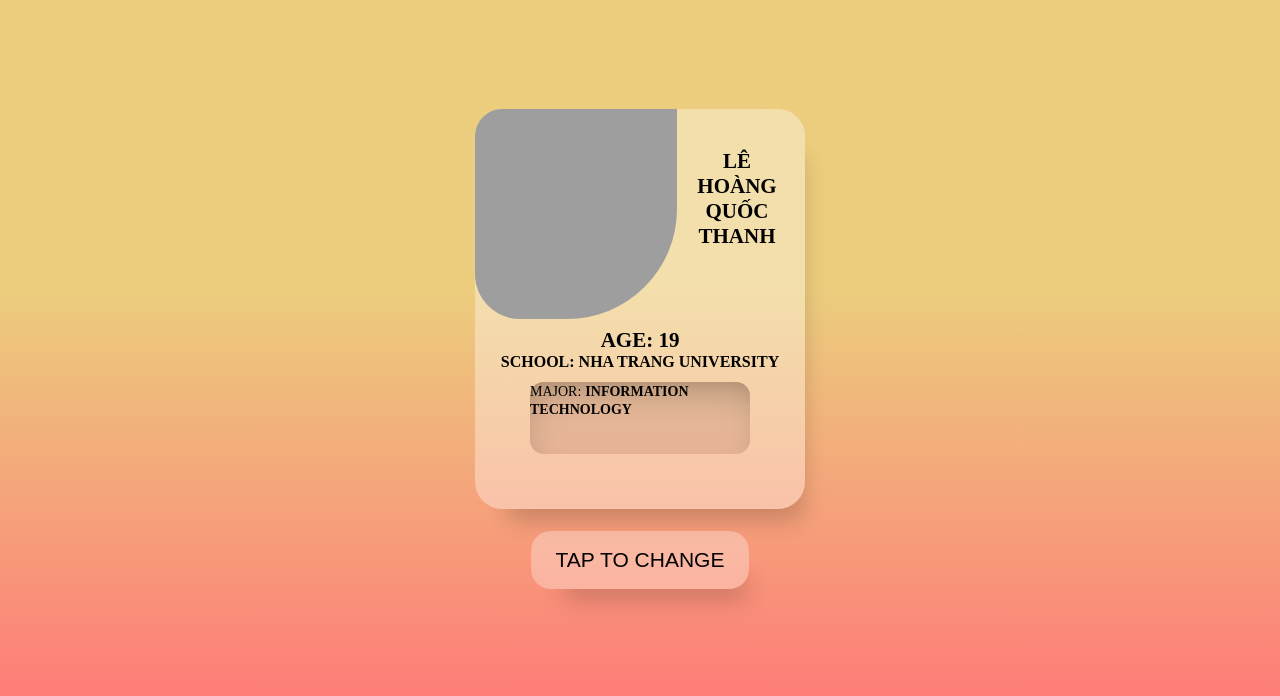
Repository: ThanhThn/profile
Page: index.html
The author's editor kept a copy of each file at every save. The page is drawn from the files as they stood at one save, then again after the next save.
The browser window is 1280 px wide. The pictures show the whole page.
Pictures or frames that could not be fetched are drawn as grey boxes. Some web fonts or font styles are not loaded; a fallback is used.

Above is the page before, as saved 2022-12-05 20:25:43.

After the next save:
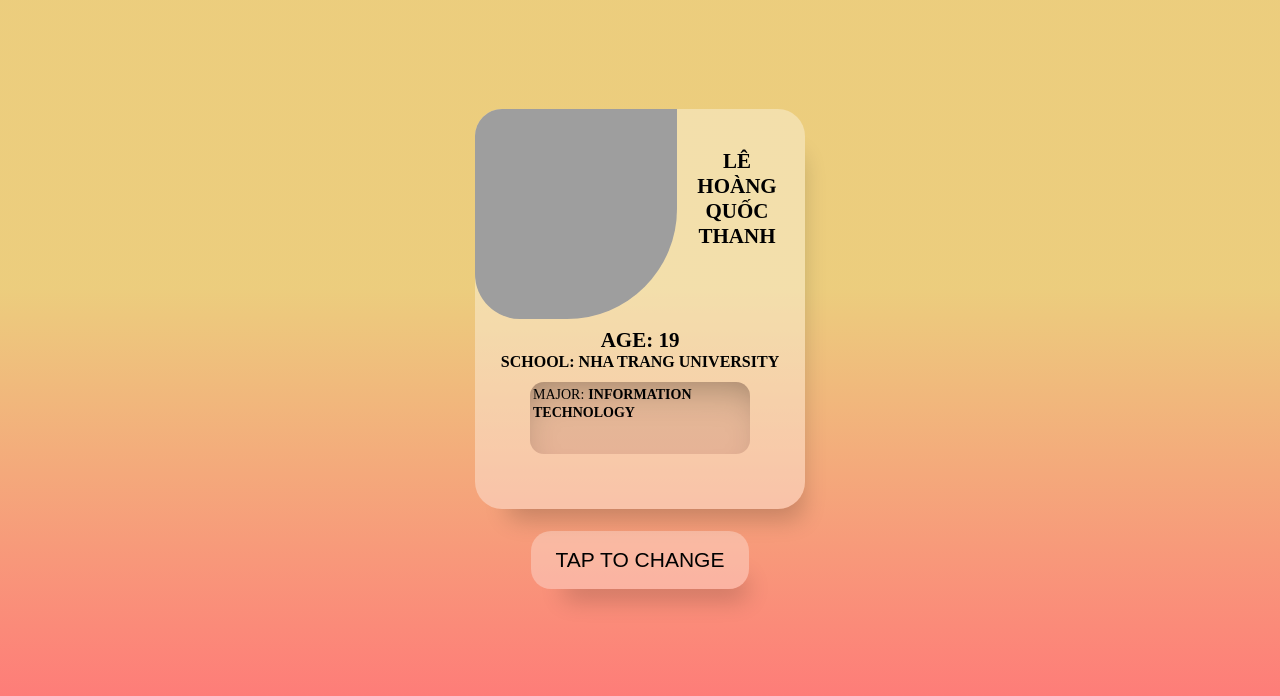
Saved 44 s later.
--- a/style.css
+++ b/style.css
@@ -75,6 +75,7 @@ span{
     -webkit-box-shadow: 3px 20px 39px -19px rgba(0,0,0,0.35) inset;
     -moz-box-shadow: 3px 20px 39px -19px rgba(0,0,0,0.35) inset;
     margin: 16px auto 0 auto;
+    padding: 3px;
 }
 
 .major #major{
